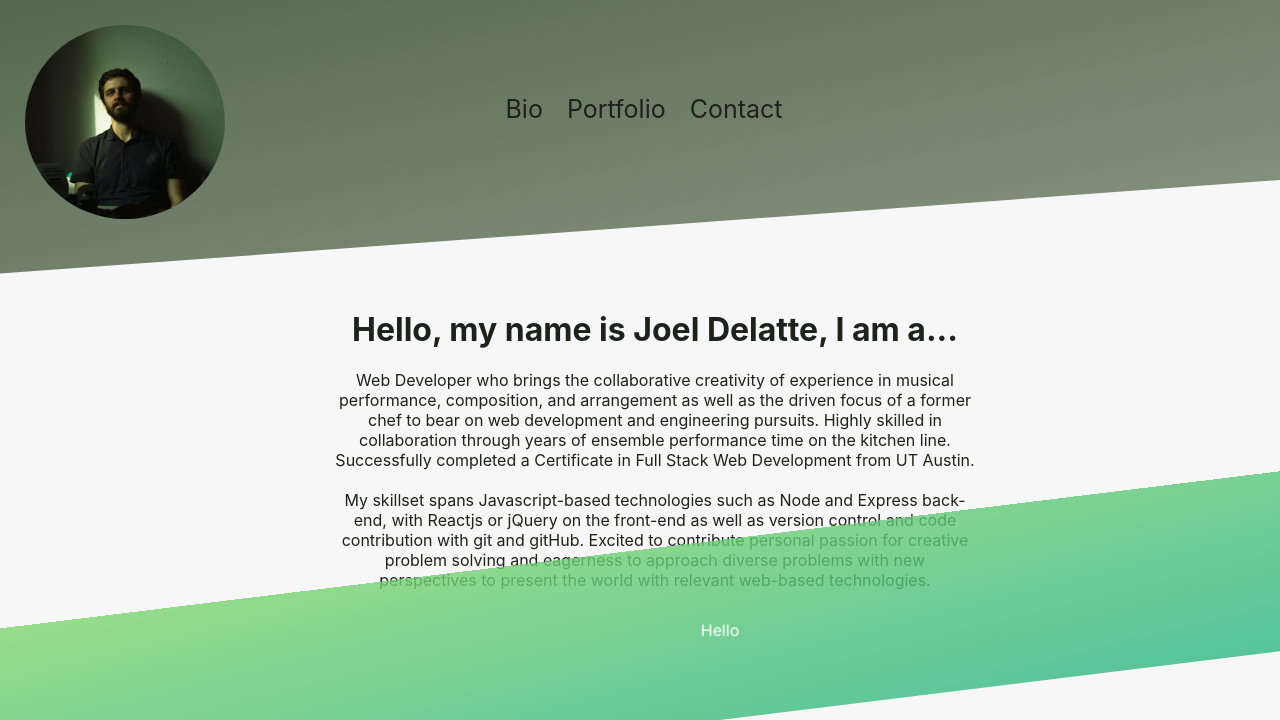
Repository: joeldelatte/react-portfolio
Page: / (app in client/)
An editor plug-in stored every save of this project. The page is shown before and after the next save, followed by the edit.
The browser window is 1280 px wide. The pictures show the whole page.
The project was rebuilt for these pictures with package versions that can differ from the ones it lists, and the page was loaded fresh each time. Also part of the build but not shown: client/src/App.css, client/src/Components/Contact/Contact.js, client/src/Components/Portfolio/portfolio.css, client/src/Components/Portfolio/Portfolio.js.

Above is the page before, as saved 2020-07-08 12:11:03.

### client/public/index.html
<!doctype html>
<html lang="en">
  <head>
    <meta charset="utf-8">
    <meta name="viewport" content="width=device-width, initial-scale=1, shrink-to-fit=no">
    <meta name="theme-color" content="#000000">
    <!--
      manifest.json provides metadata used when your web app is added to the
      homescreen on Android. See https://developers.google.com/web/fundamentals/engage-and-retain/web-app-manifest/
    -->
    <link rel="manifest" href="%PUBLIC_URL%/manifest.json">
    <link rel="shortcut icon" href="%PUBLIC_URL%/favicon.ico">
    <!--
      Notice the use of %PUBLIC_URL% in the tags above.
      It will be replaced with the URL of the `public` folder during the build.
      Only files inside the `public` folder can be referenced from the HTML.

      Unlike "/favicon.ico" or "favicon.ico", "%PUBLIC_URL%/favicon.ico" will
      work correctly both with client-side routing and a non-root public URL.
      Learn how to configure a non-root public URL by running `npm run build`.
    -->
    <title>Joel Delatte</title>
  </head>
  <body>
    <noscript>
      You need to enable JavaScript to run this app.
    </noscript>
    <div id="root"></div>
    <!--
      This HTML file is a template.
      If you open it directly in the browser, you will see an empty page.

      You can add webfonts, meta tags, or analytics to this file.
      The build step will place the bundled scripts into the <body> tag.

      To begin the development, run `npm start` or `yarn start`.
      To create a production bundle, use `npm run build` or `yarn build`.
    -->
  </body>
</html>

### client/src/index.css
body {
  margin: 0;
  font-family: -apple-system, BlinkMacSystemFont, 'Segoe UI', 'Roboto', 'Oxygen',
    'Ubuntu', 'Cantarell', 'Fira Sans', 'Droid Sans', 'Helvetica Neue',
    sans-serif;
  -webkit-font-smoothing: antialiased;
  -moz-osx-font-smoothing: grayscale;
  background-color: rgb(247, 247, 247);
  color: rgb(31,33,28);
}

code {
  font-family: source-code-pro, Menlo, Monaco, Consolas, 'Courier New',
    monospace;
}

### client/src/App.js
import React from 'react';
import {BrowserRouter as Router, Route, Switch, Link} from "react-router-dom";
import './App.css';
import Bio from "./Components/Bio/Bio";
import Nav from "./Page/Nav";
import Contact from "./Components/Contact/Contact";
import Portfolio from "./Components/Portfolio/Portfolio";
import Footer from "./Page/Footer";

export default function App() {
  return (
    <>
      <Router>
        <Nav />
        <Switch>
          <Route exact path="/">
            <Bio />
          </Route>
          <Route exact path="/contact">
            <Contact />
          </Route>
          <Route exact path="/portfolio">
            <Portfolio />
          </Route>
        </Switch>
        <Footer />
      </Router>
    </>
  );
}

### client/src/Components/Bio/Bio.js
import React from "react";
import "./bio.css";

export default function Bio() {

    return (
        <div className="container">
          <div className="bio">
            <h1>Hello, my name is Joel Delatte, I am a...</h1>
            <p>Web Developer who brings the collaborative creativity of experience in musical performance, composition, and
              arrangement as well as the driven focus of a former chef to bear on web development and engineering pursuits.
              Highly skilled in collaboration through years of ensemble performance time on the kitchen line.
              Successfully completed a Certificate in Full Stack Web Development from UT Austin.
              <br></br>
              <br></br>
              My skillset spans Javascript-based technologies such as Node and Express back-end, with Reactjs or
              jQuery on the front-end as well as version control and code contribution with git and gitHub.
              Excited to contribute personal passion for creative problem solving and eagerness to approach diverse
              problems with new perspectives to present the world with relevant web-based technologies.
            </p>
          </div>
        </div>
    )
}

### client/src/Page/Nav.js
import React from "react";
import {BrowserRouter as Router, Route, Switch, Link} from "react-router-dom";
import Avatar from "./Avatar";
import "./Page.css";

function Nav () {
    return (
      <div className="header">
        <Avatar />
        <div className="nav">
          <Link to="/">Bio</Link>
          <Link to="/portfolio">Portfolio</Link>
          <Link to="/contact">Contact</Link>
        </div>
      </div>
    );
};

export default Nav;

### client/src/Page/Footer.js
import React from "react";
// import { BrowserRouter as Router, Route, Switch, Link } from "react-router-dom";
import "./Page.css";

function Footer() {
  return (
    <div className="footer">
      <footer>
          Hello
      </footer>
    </div>
  );
}

export default Footer;

### client/src/Components/Bio/bio.css
.container {
    position: relative;
}

.bio {
    max-width: 50%;
    padding: 15px;
    max-width: 50%;
    position: absolute;
    top: 40%;
    left: 25%;
    text-align: center;
}

.bio p {
    text-align: center;
}


    @media only screen and (max-width: 768px) {
        .viewContainer {
            margin-left: 110px;
        }
    }

### client/src/Page/Avatar.js
import React from "react";
import Portrait from "./images/joel_d.png"
import "./Page.css";

const styles = {
    maxWidth: 200,
    maxHeight: 200,
    borderRadius: 100,
    marginLeft: 25
};

function Avatar () {

    return (
      <div>
          <img src={Portrait} alt="avatar"  className="avatar" /> {/* style={styles} */}
      </div>
    );
};

export default Avatar;

### client/src/Page/Page.css
.header {
  height: 38vh;
  background-image: linear-gradient(to right bottom, rgba(68,88,60, 0.901), rgba(68,88,60, 0.601));
  /* , url("../img/hero.jpg"); */
  background-size: cover;
  background-position: top;
  position: relative;
  -webkit-clip-path: polygon(0 0, 100% 0, 100% 85%, 0 100%);
  clip-path: polygon(0 0, 100% 0, 100% 25vh, 0 100%);
  position: relative;
}

  .avatar {
    display: inline;
    max-width: 200px;
    max-height: 200px;
    border-radius: 100%;
    margin: 25px;
    }

.nav {
    position: absolute;
    top: 40%;
    left: 50%;
    transform: translate(-50%, -50%);
    text-align: center;
}

.nav a {
    padding: 6px 8px 6px 16px;
    text-decoration: none;
    font-size: 25px;
    color: rgb(31,33,28);
    display: inline;
    text-align: center;
  }

.nav a:hover {
    color: #f1f1f1;
}

.footer {
  padding: 5rem;
  background-image: linear-gradient(to right bottom, rgba(126, 213, 111, 0.801), rgba(40, 180, 133, 0.801));
  transform: skewY(-7deg);
  position: fixed;
  left:
  0;
  bottom: 0;
  width: 100%;
  color: white;
  text-align: center;
}
  .footer > * {
    transform: skewY(7deg); }

/* @media only screen and (max-width: 768px) {
    .sideNav {
        width: 100px;
    }
    .sideNav a {
        font-size: 15px;
    }
    .avatar {
        max-width: 75px;
        max-height: 75px;
        border-radius: 100;
        margin-left: 15px;
    }
}  */

### client/src/Components/Contact/contact.css
.container {
  position: relative;
}
.contact {
    padding: 15px;
    max-width: 50%;
    position: absolute;
    top: 40%;
    left: 25%;
    text-align: center;
}

.contact a {
  padding: 6px 8px 6px 16px;
  text-decoration: underline;
  font-size: 18px;
  color: black;
  display: block;
}

.contact a:hover {
  color: #818181;
}

.email-address {
  padding: 6px 8px 6px 16px;
  font-size: 18px;
}

input[type=text], select {
    width: 100%;
    padding: 12px 20px;
    margin: 8px 0;
    display: inline-block;
    border: 1px solid #ccc;
    border-radius: 4px;
    box-sizing: border-box;
  }

  input[type=submit] {
    width: 15%;
    background-color: #4CAF50;
    color: white;
    padding: 14px 20px;
    margin: 8px 0;
    border: none;
    border-radius: 4px;
    cursor: pointer;
  }

  input[type=submit]:hover {
    background-color: #45a049;
  }

textarea {
    width: 100%;
    height: 150px;
    margin: 8px 0;
    padding: 12px 20px;
    box-sizing: border-box;
    border: 1px solid #ccc;
    border-radius: 4px;
    resize: none;
  }

  @media only screen and (max-width: 768px) {
    .contact {
      margin-left: 110px;
    }
  }

Loaded but not shown: client/src/index.js (common file); client/src/serviceWorker.js (common file)

After the next save:
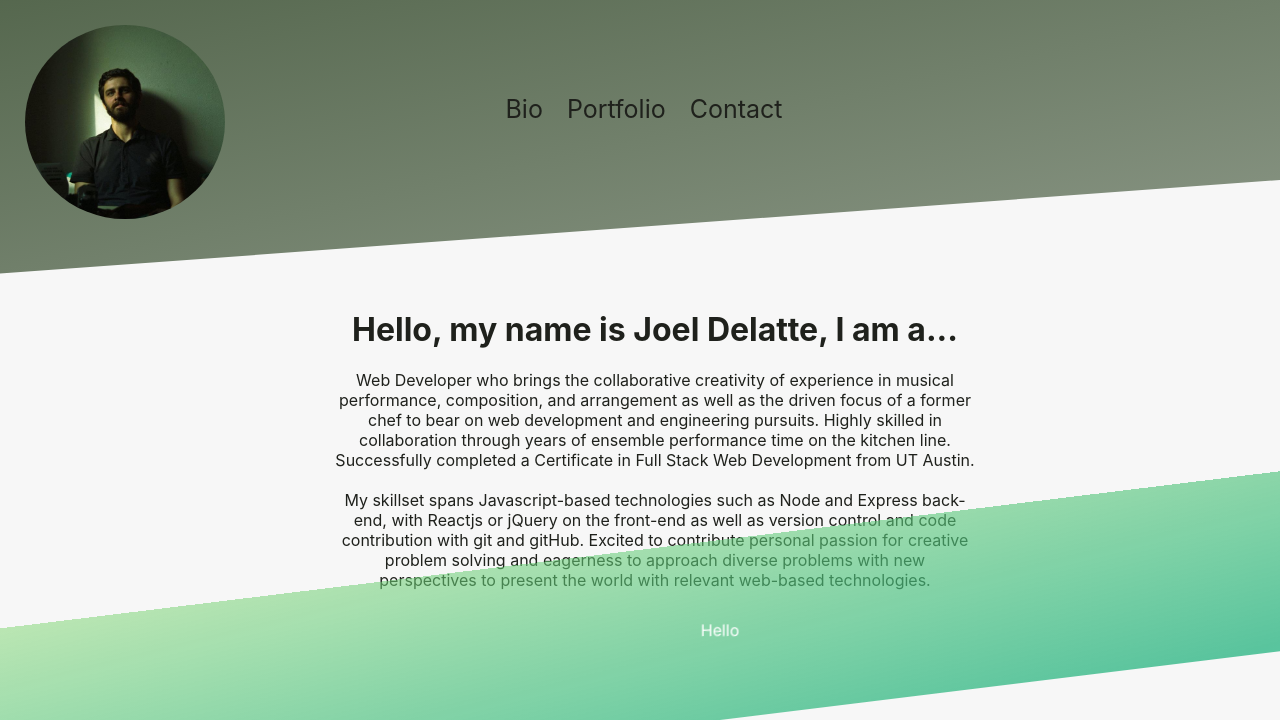
Saved 17 s later.
--- a/client/src/Page/Page.css
+++ b/client/src/Page/Page.css
@@ -41,7 +41,7 @@
 
 .footer {
   padding: 5rem;
-  background-image: linear-gradient(to right bottom, rgba(126, 213, 111, 0.801), rgba(40, 180, 133, 0.801));
+  background-image: linear-gradient(to right bottom, rgba(126, 213, 111, 0.501), rgba(40, 180, 133, 0.801));
   transform: skewY(-7deg);
   position: fixed;
   left:

After the save that followed:
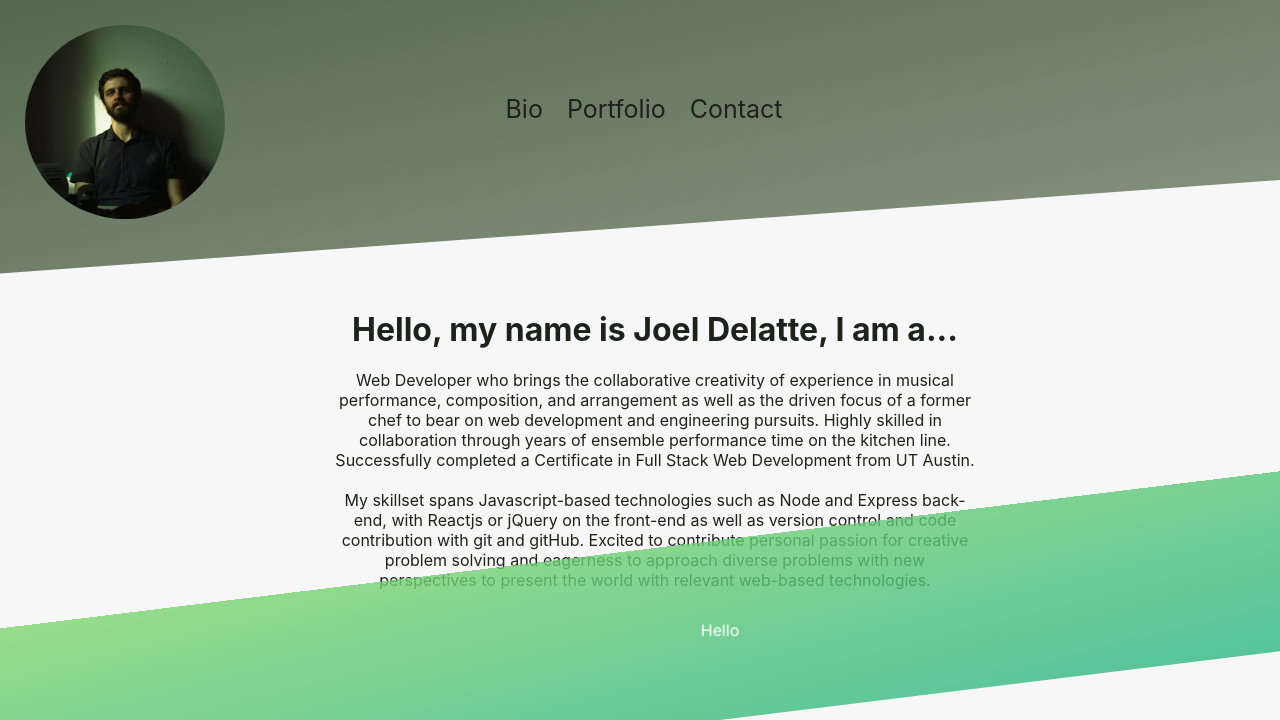
Saved 4 s later.
--- a/client/src/Page/Page.css
+++ b/client/src/Page/Page.css
@@ -41,7 +41,7 @@
 
 .footer {
   padding: 5rem;
-  background-image: linear-gradient(to right bottom, rgba(126, 213, 111, 0.501), rgba(40, 180, 133, 0.801));
+  background-image: linear-gradient(to right bottom, rgba(126, 213, 111, 0.801), rgba(40, 180, 133, 0.801));
   transform: skewY(-7deg);
   position: fixed;
   left:
